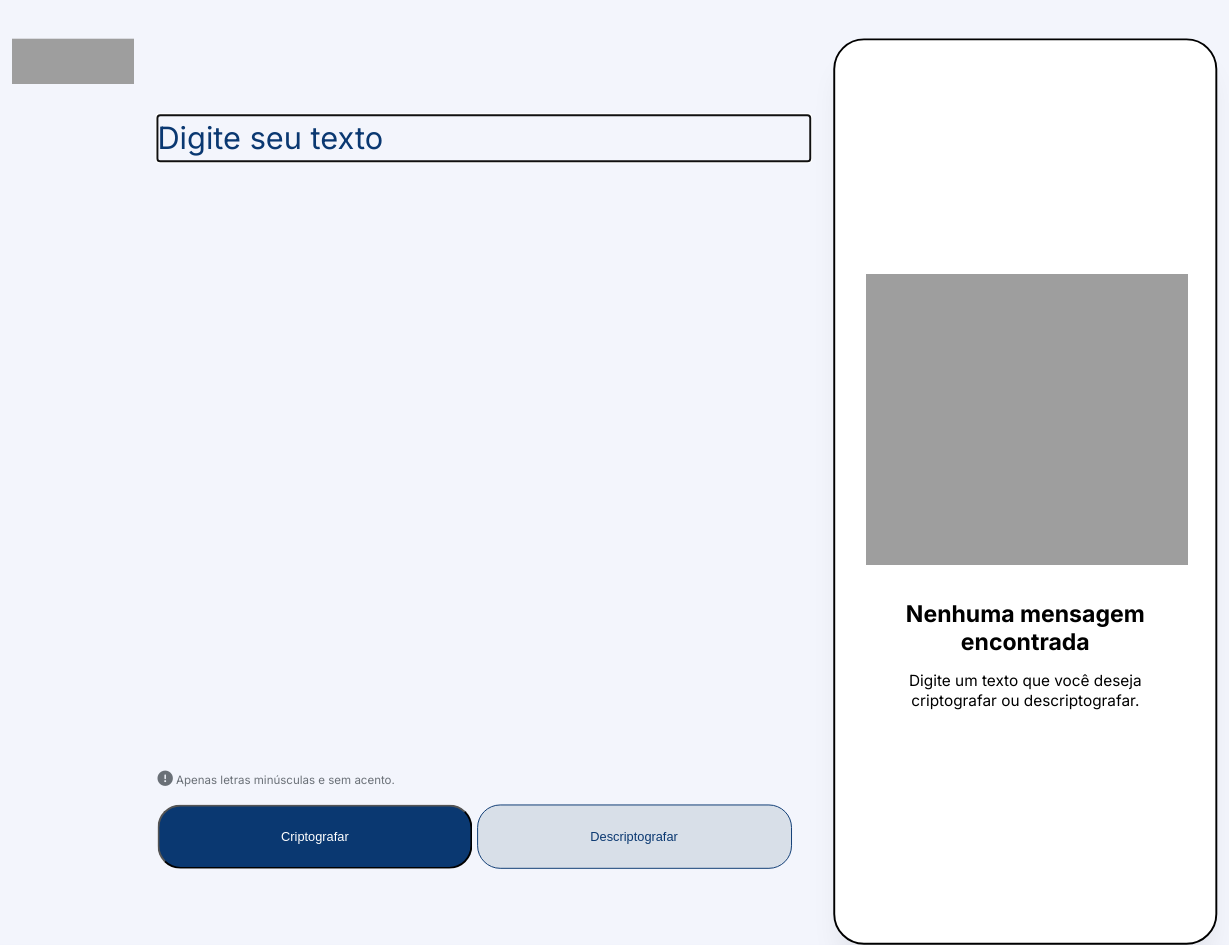
Repository: CarlosEduardoVdeOliveira/descodificador-de-texto
Page: index.html
An editor plug-in stored every save of this project. The page is shown before and after the next save, followed by the edit.
The browser window is 1280 px wide. The pictures show the whole page, at 96% of full size.
The first visible `input` has the focus.
Pictures or frames that could not be fetched are drawn as grey boxes.

Above is the page before, as saved 2023-04-12 08:15:57.

After the next save:
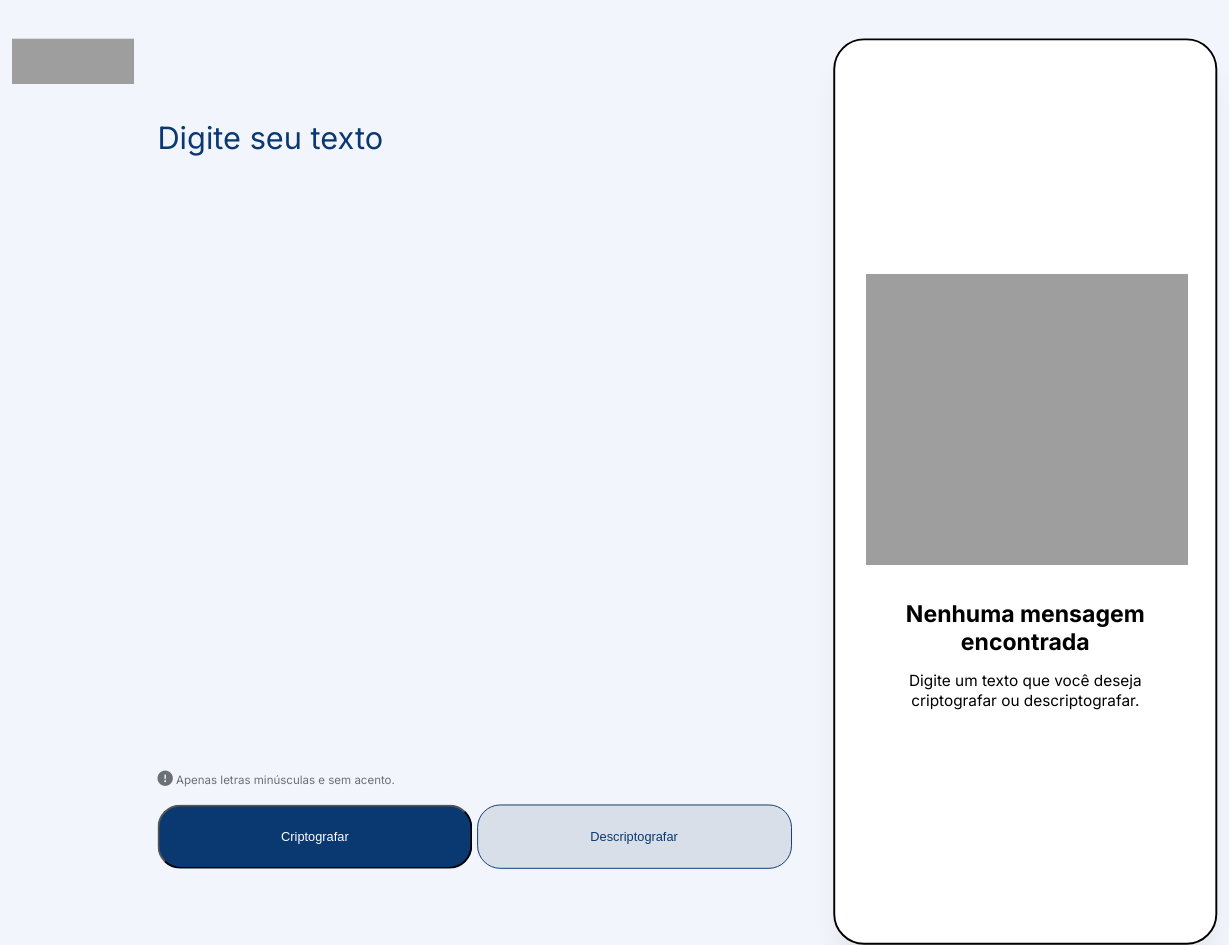
Saved 77 s later.
--- a/public/styles/index.css
+++ b/public/styles/index.css
@@ -37,6 +37,9 @@ input{
    color: var(--dark-blue-300);
    border: none;
    margin-bottom: 635px;
+}
+input:focus{
+    outline: 0;
 }
 
 input::placeholder{
